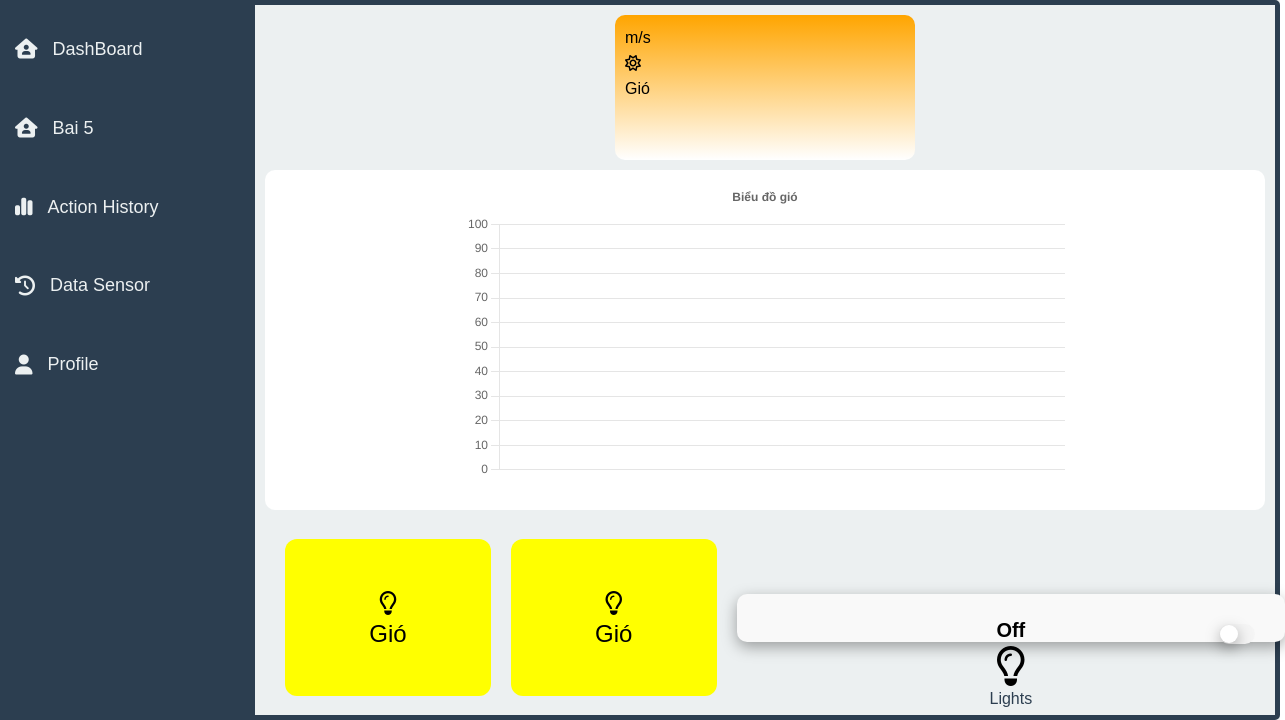
Repository: duongnoob23/duyyyy
Page: /bai5 (app in iot/)
These files come from the project's save history. The page is drawn as it stood at one moment and after the next save; the edit follows.
The browser window is 1280 px wide. The page is 1285 px wide, so the pictures cover 1285 px, including what lies to the right of the window. The pictures show the whole page.
The page's requests for data from a server got no answer. Some web libraries are served in a nearby version. The project was rebuilt for these pictures with package versions that can differ from the ones it lists, and the page was loaded fresh each time. No one was signed in, and anything a server would have sent is missing. Also part of the build but not shown: iot/src/App.css, iot/src/Components/Doughnut/GaugeChart.js, iot/src/Components/LineChart/LineChartECharts.js, iot/src/Pages/Home/Home.js, iot/src/Pages/DataLogs/DataLogs.js, iot/src/Pages/Profile/Profile.css, iot/src/Pages/Profile/Profile.js, iot/src/Pages/Action/Action.js and 1 more.

Above is the page before, as saved 2024-12-02 21:33:20.

### iot/public/index.html
<!DOCTYPE html>
<html lang="en">
  <head>
    <meta charset="utf-8" />
    <link rel="icon" href="%PUBLIC_URL%/favicon.ico" />
    <meta name="viewport" content="width=device-width, initial-scale=1" />
    <meta name="theme-color" content="#000000" />
    <meta
      name="description"
      content="Web site created using create-react-app"
    />
    <link rel="apple-touch-icon" href="%PUBLIC_URL%/logo192.png" />
    <!--
      manifest.json provides metadata used when your web app is installed on a
      user's mobile device or desktop. See https://developers.google.com/web/fundamentals/web-app-manifest/
    -->
    <link rel="manifest" href="%PUBLIC_URL%/manifest.json" />
    <!--
      Notice the use of %PUBLIC_URL% in the tags above.
      It will be replaced with the URL of the `public` folder during the build.
      Only files inside the `public` folder can be referenced from the HTML.

      Unlike "/favicon.ico" or "favicon.ico", "%PUBLIC_URL%/favicon.ico" will
      work correctly both with client-side routing and a non-root public URL.
      Learn how to configure a non-root public URL by running `npm run build`.
    -->
    <link rel="stylesheet" href="https://cdnjs.cloudflare.com/ajax/libs/font-awesome/6.6.0/css/all.min.css" integrity="sha512-Kc323vGBEqzTmouAECnVceyQqyqdsSiqLQISBL29aUW4U/M7pSPA/gEUZQqv1cwx4OnYxTxve5UMg5GT6L4JJg==" crossorigin="anonymous" referrerpolicy="no-referrer" />
    <title>React App</title>
    <script src="https://code.highcharts.com/highcharts.js"></script>
  </head>
  <body>
    <noscript>You need to enable JavaScript to run this app.</noscript>
    <div id="root"></div>
    <!--
      This HTML file is a template.
      If you open it directly in the browser, you will see an empty page.

      You can add webfonts, meta tags, or analytics to this file.
      The build step will place the bundled scripts into the <body> tag.

      To begin the development, run `npm start` or `yarn start`.
      To create a production bundle, use `npm run build` or `yarn build`.
    -->
  </body>
</html>

### iot/src/index.js
import React from 'react';
import { DatePicker } from 'antd';
import ReactDOM from 'react-dom/client';
import './index.css';
import App from './App';
import reportWebVitals from './reportWebVitals';
import { BrowserRouter } from 'react-router-dom';


const root = ReactDOM.createRoot(document.getElementById('root'));
root.render(
  // <React.StrictMode>
  <BrowserRouter>
    <App />
  </BrowserRouter>

  // </React.StrictMode>
);


reportWebVitals();

### iot/src/index.css
body {
  margin: 0;
  font-family: -apple-system, BlinkMacSystemFont, 'Segoe UI', 'Roboto', 'Oxygen',
    'Ubuntu', 'Cantarell', 'Fira Sans', 'Droid Sans', 'Helvetica Neue',
    sans-serif;
  -webkit-font-smoothing: antialiased;
  -moz-osx-font-smoothing: grayscale;
}

code {
  font-family: source-code-pro, Menlo, Monaco, Consolas, 'Courier New',
    monospace;
}

*{
  box-sizing: border-box;
  font-family: Arial, Helvetica, sans-serif;
}

html{
  font-size: 62.5%;
}

ul,li{
  list-style-type: none;
  margin: 0;
  padding:0;
}
a{
  text-decoration: none;
}

body{
  margin: 0;
  padding: 0;

}

### iot/src/Pages/Bai5/Bai5.js


import LineChart from '../../Components/LineChart/LineChart';
import './Bai5.css'
import { useState,useEffect } from "react";

import { URL } from '../../Components/Helper/URL';
import LineChartFix from '../../Components/LineChart/LineChartFix';

function Bai5(){


    // const light1 =document.querySelector("device__light");
    const [turnOn, setTurnOn] = useState(JSON.parse(localStorage.getItem('turnOn')) ? JSON.parse(localStorage.getItem('turnOn')) : false );

    // const [chartData, setChartData] = useState({ labels: [], datasets: [] });
    const [dataHome,setDataHome] = useState({
        windspeed:"",
    });
    // const handleDataUpdate = (newData) =>{
    //     setChartData(newData);
    // }
    useEffect(() => {
        localStorage.setItem('turnOn', JSON.stringify(turnOn));
    }, [turnOn]);

    const fetchPostApi = (numberTurnOn,device,turn) =>{
        const option = {
            stt: "",
            device: `${device}`,
            action: `${numberTurnOn === true ? "Off" : "On"}`,
            turn:`${turn}`,
            time: (() => {
                const now = new Date();
                const year = now.getFullYear();
                const month = String(now.getMonth() + 1).padStart(2, '0'); // Tháng từ 0-11
                const day = String(now.getDate()).padStart(2, '0');
                const hours = String(now.getHours()).padStart(2, '0');
                const minutes = String(now.getMinutes()).padStart(2, '0');
                const seconds = String(now.getSeconds()).padStart(2, '0');
                return `${year}-${month}-${day} ${hours}:${minutes}:${seconds}`;
            })(),
        };
         fetch(URL+`/putAction`,{
             method:"POST",
             headers:{
                 Accept:"application/json",
                 "Content-type":"application/json"
             },
             body:JSON.stringify(option),
         })
         .then( res => res.json())
         .then(data => {
             if(data){
                console.log(data);
             }
         })
    }



    const handleWind = () => {
        setTurnOn(turnOn => !turnOn);
        fetchPostApi(turnOn,"wind","data/wind");
    }

    const handleDataUpdate = (data) =>{
        setDataHome({
            ...dataHome,
            windspeed: data.windspeed,
         });
    }

    const handleTurnOnLight = () => {

    }
     return(
        //
        <>
        <div class="main">
            <div className="section">
                <div className="section-two">
                    <div className="bai5">
                        <div className="bai5-item bai5-one" style={{ backgroundImage:`linear-gradient(to bottom, orange ,white ` }}>
                            <div className="bai5-digit" >{dataHome.windspeed} m/s </div>
                            <i className="fa-regular fa-sun"></i>
                            <div className="light">Gió</div>
                        </div>
                    </div>
                    <div className="chart">
                        <div style={{
                            padding: '0px',
                            marginBottom: "20px"
                            }}>
                            <LineChartFix onDataUpdate={handleDataUpdate} />
                        </div>
                    </div>

                    <div className="control">
                        <ul className="control-list ">
                            <li className="control-item control-wind blink">
                                <div className="on-off">
                                </div>
                                <i className={turnOn ? "fa-regular fa-lightbulb control-light show" : "fa-regular fa-lightbulb control-light"}></i>
                                <div className="text">Gió</div>
                            </li>
                            <li className="control-item control-wind blink">
                                <div className="on-off">
                                </div>
                                <i className={turnOn ? "fa-regular fa-lightbulb control-light show" : "fa-regular fa-lightbulb control-light"}></i>
                                <div className="text">Gió</div>
                            </li>
                            <li className="electric-item">
                                <div className="electric-box">
                                <input checked={turnOn} type="checkbox" className="electric-input" id="electric-input1" />
                                <label htmlFor="electric-input1" className="electric-label" onClick={handleTurnOnLight}></label>
                                    </div>


                                <div className="on-off">{turnOn ? "On" : "Off"}</div>
                                <i className={turnOn ? "fa-regular fa-lightbulb electric-light show" : "fa-regular fa-lightbulb electric-light"}></i>
                                <div className="light">Lights</div>
                            </li>
                        </ul>
                    </div>
                </div>

            </div>
        </div>
        </>
    )
};
export default Bai5;

### iot/src/Components/Layout/Layout.css


/* Reset default padding and margins */
* {
    margin: 0;
    padding: 0;
    box-sizing: border-box;
}

/* DashBoard container */
.dashBoard {
    display: flex;
    height : 100vh;
    font-family: 'Roboto', sans-serif;
}

/* SideBar styling */
.sideBar {
    width: 250px;
    background-color: #2c3e50;
    padding: 20px 0;
    position: fixed;
    height: 100%;
    transition: all 0.3s ease;
}

.sideBar-list {
    list-style: none;
    padding-left: 0;
}

.sideBar-item {
    margin-bottom: 20px;
}

.sideBar-icon {
    display: flex;
    align-items: center;
    padding: 15px;
    color: #ecf0f1;
    text-decoration: none;
    transition: background 0.3s ease, color 0.3s ease;
}

.sideBar-icon i {
    margin-right: 15px;
    font-size: 20px;
}

/* Hover effect for sidebar items */
.sideBar-icon:hover {
    background-color: #34495e;
    color: #1abc9c;
    cursor: pointer;
    padding-left: 25px; /* Add a slide effect */
    transition: all 0.3s ease;
}

.sideBar-text {
    font-size: 18px;
}

/* Active link effect */
.sideBar-icon.active {
    background-color: #1abc9c;
    color: #fff;
    border-radius: 8px;
    transition: all 0.3s ease;
}

/* SideMain styling */
.sideMain {
    margin-left: 250px;
    background-color: #ecf0f1;
    flex-grow: 1;
}

/* Responsive Design */
@media screen and (max-width: 768px) {
    .sideBar {
        width: 200px;
    }

    .sideBar-icon {
        padding: 10px;
    }

    .sideMain {
        margin-left: 200px;
        padding: 20px;
    }
}

@media screen and (max-width: 576px) {
    .sideBar {
        width: 60px;
    }

    .sideBar-icon i {
        margin-right: 0;
        text-align: center;
        flex: 1;
    }

    .sideBar-text {
        display: none;
    }

    .sideMain {
        margin-left: 60px;
        padding: 10px;
    }
}

### iot/src/Pages/Home/Home.css
/* General Styling */
.main {
    display: flex;
    flex-direction: column;
    height : 100%; /* Chiếm toàn bộ chiều cao của màn hình */

    box-sizing: border-box; /* Đảm bảo padding không làm thay đổi kích thước */
}

.section {
  width: 100%;
  height : 100%;
}



.section-one{
    width: 100%;
    height : 100%;
    display: flex;
    flex-direction: row;

}

.left{
  width: 75%;
}

.right{
  width: 25%;
}

.sensor{
    height: 30%;
}


.sensor-list {
    height: 100%;
    display: flex;
    list-style-type: none;
    padding: 0;
    margin: 0;
    justify-content: space-between; /* Rải đều các phần tử trong container */
    width: 100%; /* Chiếm toàn bộ chiều rộng của màn hình */
}

.sensor-item {
    flex: 1; /* Các phần tử sẽ tự động chiếm đều không gian */
    /* padding: 5px; */
    background-color: #ffffff;
    border-radius: 12px;
    box-shadow: 0 4px 12px rgba(0, 0, 0, 0.1);
    display: flex;
    flex-direction: column;
    align-items: center;
    text-align: center;
    margin: 10px;
    min-width: 50px; /* Đảm bảo các phần tử không quá nhỏ */
}
  .sensor-item .sensor-digit {
    font-size: 1.2em;
    font-weight: bold;
    margin-bottom: 5px;
    color: #333;
  }

  .sensor-item:nth-child(2){
    /* margin:10px 20px; */
  }

  .sensor-bar {
    width: 100%;
    height: 100px;
    background-color: #e0e0e0;
    border-radius: 8px;
    position: relative;
    overflow: hidden;
    margin: 10px 0;
  }

  .sensor-fill {
    position: absolute;
    bottom: 0;
    width: 100%;
    border-radius: 8px;
  }

  .sensor-item.light .sensor-fill {
    background-color: #ffb74d; /* Soft orange for light */
  }

  .sensor-item.temperature .sensor-fill {
    background-color: #ef5350; /* Soft red for temperature */
  }

  .sensor-item.humidity .sensor-fill {
    background-color: #42a5f5; /* Soft blue for humidity */
  }

  .label {
    font-size: 0.9em;
    font-weight: 600;
    color: #777;
  }
  /* Chart Section */
  .chart {
    height: 70%;
    width: 100%;
    /* margin-top: 20px; */
    /* margin: 15px; */
    padding: 0;
  }
.styleChart{
  aspect-ratio: 7/3;
}
  /* Electric Section */
  .electric {
    width: 100%;
    margin-top: 5px;
  }

  .electric-list {
    list-style: none;
    padding: 0;
    margin: 0;
    display: flex;
    flex-direction: column;
    justify-content: space-around;
    gap: 15px;
  }

  .electric-item {
    /* flex: 1; */
    text-align: center;
    padding: 20px;
    background-color: #f9f9f9;
    border-radius: 10px;
    box-shadow: 0px 4px 10px rgba(0, 0, 0, 0.1);
    transition: transform 0.3s ease, box-shadow 0.3s ease;
    width: 300px;
  }




  .electric-box {
    position: relative;
    margin-bottom: 10px;
  }

  .electric-input {
    display: none;
  }

  .electric-label {
    display: block;
    width: 60px;
    height: 30px;
    background-color: #ddd;
    border-radius: 15px;
    position: relative;
    cursor: pointer;
    transition: background-color 0.3s;
  }



  .electric-input:checked + .electric-label {
    background-color: #4caf50;
  }

  .electric-input:checked + .electric-label:before {
    left: 31px;
  }

  .on-off {
    font-weight: bold;
    margin-top: 8px;
    font-size: 16px;
  }

  .electric-item i {
    font-size: 36px;
    color: #4caf50;
  }

  .electric-item .light-icon,
  .electric-item .temp-icon,
  .electric-item .air-icon {
    color: #aaa;
  }

/* css button  */

### iot/src/Components/Helper/URL.js
export const URL = "http://localhost:3001";

### iot/src/Pages/DataLogs/DataLogs.css
*{
    box-sizing: border-box;
}
.table {
    width: 90%;
    border-collapse: collapse;
    margin: 10px;
    border-radius:10px;
    overflow: hidden;
}

.data{
    border:5px solid #2c3e50;
    border-radius: 0 5px 5px 0;
    height: 100%;
}

.table__body{
    border-radius: 10px;
    border: 2px solid #2c3e50;
}

.table__head{
    border: 2px solid #2c3e50;
}
th, td {
    padding: 10px;
    text-align: center;
    border-bottom: 1px solid #ddd;
}
th {
    background-color: #2c3e50;
    color: white;
}

.table-row__body{
    transition: all 0.1s linear;

}
.table-row__body:nth-child(even){
    background-color: #eee;

}
.table-row__body:hover{
    background-color: #2c3e50;
    color: #F4C427;

}

.table-row__body:active{
    background-color: #2c3e50;
    color: #F4C427;
}
.data__title{
    margin-left: 10px;
    font-size: 20px;
    font-weight: bold;
}

.data__sort{
    margin-left: 10px;
    font-size: 15px;
    font-weight: bold;
    margin-bottom: 10px;

}

.data__in{
    border-radius: 10px;
    border: 2px solid #7A40F2;
    margin: 10px;
}

### iot/src/Pages/Action/Action.css
* {
    box-sizing: border-box;
    font-family: 'Arial', sans-serif; /* Change this to your preferred font */
    font-size: 16px; /* Default font size */
    line-height: 1.6; /* Controls line spacing */
}


.action {
    border: 5px solid #2c3e50;
    border-radius: 0 5px 5px 0;
    height: 100vh; /* Full viewport height */
    display: flex;
    flex-direction: column;
    justify-content: space-between; /* Distribute space evenly */
}

.action-title {
    margin-left: 10px;
    font-size: 24px;
    font-weight: bold;
    margin-bottom: 20px;
}

.option {
    display: flex;
    align-items: center;
    margin-bottom: 20px;
}

.search {
    margin-left: 20px;
    display: flex;
    align-items: center;
}

.search__input {
    padding: 8px 15px;
    border-radius: 8px;
    outline: none;
    border: 1px solid #2c3e50;
    margin-right: 5px;
    font-size: 16px;
}

.search__icon {
    cursor: pointer;
    font-size: 20px;
    color: #2c3e50;
}

.select, .select2 {
    margin-left: auto;
    padding: 0 10px;
}

.select__list {
    padding: 8px 12px;
    border-radius: 8px;
    border: 1px solid #2c3e50;
    outline: none;
    font-size: 16px;
}

/* Table container to control overflow */
.table__container {
    flex-grow: 1;
    overflow-y: auto;
    border-radius: 10px;
    margin: 0 20px;
    padding-bottom: 20px;
}

.table {
    width: 100%;
    border-collapse: collapse;
}

.table__head {
    background-color: #2c3e50;
    color: white;
    border-radius: 10px 10px 0 0;
}

.table-row__head th, .table-row__body td {
    padding: 10px;
    text-align: center;
}

.table-row__body:nth-child(even) {
    background-color: #f7f7f7;
}

.table-row__body:hover {
    background-color: #2c3e50;
    color: #F4C427;
}

/* Maintain height to ensure 10 rows fill the page */
.table-row__body {
    height: 40px; /* Adjust this based on design preferences */
    transition: background-color 0.3s;
}

.table__body {
    border-radius: 0 0 10px 10px;
}

.pagination {
    margin-right: 20px;
    padding: 10px 0;
    text-align: right;
}

.pagi__list {
    display: flex;
    justify-content: flex-end;
    align-items: center;
    font-size: 16px;
}

.pagi__item {
    margin: 0 5px;
    cursor: pointer;
    padding: 5px 10px;
    border: 1px solid #3498db;
    border-radius: 5px;
    transition: background-color 0.3s;
}

.pagi__next, .pagi__pre {
    color: #3498db;
}

.pagi__cur {
    font-weight: bold;
    color: #fff;
    background-color: #15181b;
    border-radius: 5px;
    padding: 5px 10px;
}

/* Ensure last row visibility */
.table__container::-webkit-scrollbar {
    width: 6px;
}

.table__container::-webkit-scrollbar-thumb {
    background-color: #121518;
    border-radius: 10px;
}

### iot/src/Pages/Bai5/Bai5.css
.main{
    width: 100%;
    padding:10px;
    height: 100%;
    border:5px solid #2c3e50;
    border-radius: 0 5px 5px 0;
}


.section{
}

.section .section-two{
    height: 100%;
    width: 100%;
    display: flex;
    flex-direction: column;
}



.electric{
    background-color: white;
    border-radius: 15px;
}

.electric-list{
    display: flex;
    justify-content: center;
    align-items: center;
    margin-left: -20px;
    height: 100%;
}

.electric-item{
    width: 80%;
    height: calc(100% / 3 - 10px);
    margin-left: 20px;
    border-radius: 10px;
    padding: 10px;
    box-shadow: rgba(0, 0, 0, 0.35) 0px 5px 15px;
    color:#2c3e50;
    display: flex;
    flex-direction: column;
    justify-content: space-between;
    font-size: 15px;
    transition: all 0.25s linear;
    position: relative;
}



.electric-item i{
    font-size: 40px;
}

.electric-item .on-off{
    font-size: 20px;
    color: black;
    margin-top: 0;
}

.electric-item:hover .on-off{
}

.electric-input{
    display: none;
}

.electric-input:checked + .electric-label{
    background-color: #2c3e50;
    box-shadow: white 0px 5px 15px;
}

.electric-input:checked + .electric-label:after{
    background-color: white;
    transform: translateX(17px);
}
.electric-input:checked .temperature{
    color: #2c3e50;
}


.electric-label{
    position: absolute;
    top:20px;
    right: 20px;
    width: 36px;
    height: 20px;
    border-radius: 20px;
    background-color: #F5F5F5;
    transition: all 0.25s linear;
    cursor: pointer;
}

.electric-label:after{
    cursor: pointer;
    content: "";
    position:  absolute;
    top:1px;
    left: 1px;
    width: 18px;
    height: 18px;
    border-radius: 50%;
    background-color: white;
    transition: all 0.25s linear;
    box-shadow: rgba(0, 0, 0, 0.35) 0px 5px 15px;
}

.electric-item .electric-light{
    display: inline-block;
    font-size: 40px;
    color: black;
    transition: all 0.4s linear;
    display: flex;
    justify-content: center;
    align-items: center;
}
.electric-item .electric-light.show{
    color: yellow;
    filter: drop-shadow(0 0 10px rgba(255, 255, 0, 0.8)) drop-shadow(0 0 20px rgba(255, 255, 0, 0.642));
}

.electric-item .electric-air{
    display: flex;
    justify-content: center;
    align-items: center;
    color:black;
}

.electric-item .electric-air.show{
    content: "";
    animation:spin 2s linear infinite;
    color:#3acbe9;
    transition: all 0.4s linear;
}

.electric-item .electric-temperature{
    display: flex;
    justify-content: center;
    align-items: center;
    color:black;
}

.electric-item .electric-temperature.show{
    background-image: linear-gradient(to top,red,yellow);
    color:transparent;
    background-clip: text;
    transition: all 0.4s linear;
}

@keyframes spin {
    to{
        transform: rotate(720deg);
    }
  }

.meter{
    background-color: white;
    padding:10px;
    border-radius: 15px;
    margin-bottom: 5px;
}

.meter-list{
    display: flex;
    justify-content: center;
    align-items: center;
    margin-left: -20px;
}

.meter-item{
    width: calc(100% / 3 - 20px);
    height: 120px;
    margin-left: 20px;
    border-radius: 10px;
    padding: 10px;
    box-shadow: rgba(0, 0, 0, 0.35) 0px 5px 15px;
    color:black;
    display: flex;
    flex-direction: column;
    justify-content: space-between;
    font-size: 18px;
    transition: all 0.25s linear;
    position: relative;
}
.meter-item:first-child{
    background-color: #f4c427;
    }



.meter-item:last-child{
    background-color: #3acbe9;
}

.meter-item:nth-child(2){
    background-color: #FF9060;
}

.meter-digit
{
    text-align: start;
    font-size: 24px;
    font-weight: white;
}

.chart{
    width: 100%;
    height: 50%;
    border-radius: 10px;
    background-color: white;
    padding:10px;
    margin-bottom: 20px;
    ;
}



.blink {
    background-color: yellow;
    /* animation: blink 1s infinite; */
    color:black;
  }

  @keyframes blink {
    0%, 100% {
      background-color: yellow;
      color:white;
    }
    50% {
      background-color: transparent;
    }
  }


.bai5{
    margin: 0 auto;
    width: 300px;
    height: 25%;
    margin-bottom: 10px;
    border-radius: 10px;
    overflow: hidden;
}

.bai5 .bai5-item{
    padding: 10px;
    height: 100%;
}
.control{
    width: 100%;
    height: 30%;
}

.control-list{
    height: 100%;
    display: flex;
    justify-content: center;
    align-items: center;
    margin-right: -20px;
}

.control-item{
    margin-left: 20px;
    width: 300px;
    height: 90%;
    padding: 10px;
    border-radius: 12px;
    font-size: 32px;
    display: flex;
    justify-content: center;
    align-items: center;
    flex-direction: column;
}

.control-item .text{
    font-size: 24px;
}

.control-item i{
    font-size: 24px;
}

Loaded but not shown: iot/src/reportWebVitals.js (common file); iot/src/Components/LineChart/LineChartFix.js (105 lines, source omitted); iot/src/Components/Layout/Layout.js (61 lines, source omitted); iot/src/App.js (27 lines, source omitted)

After the next save:
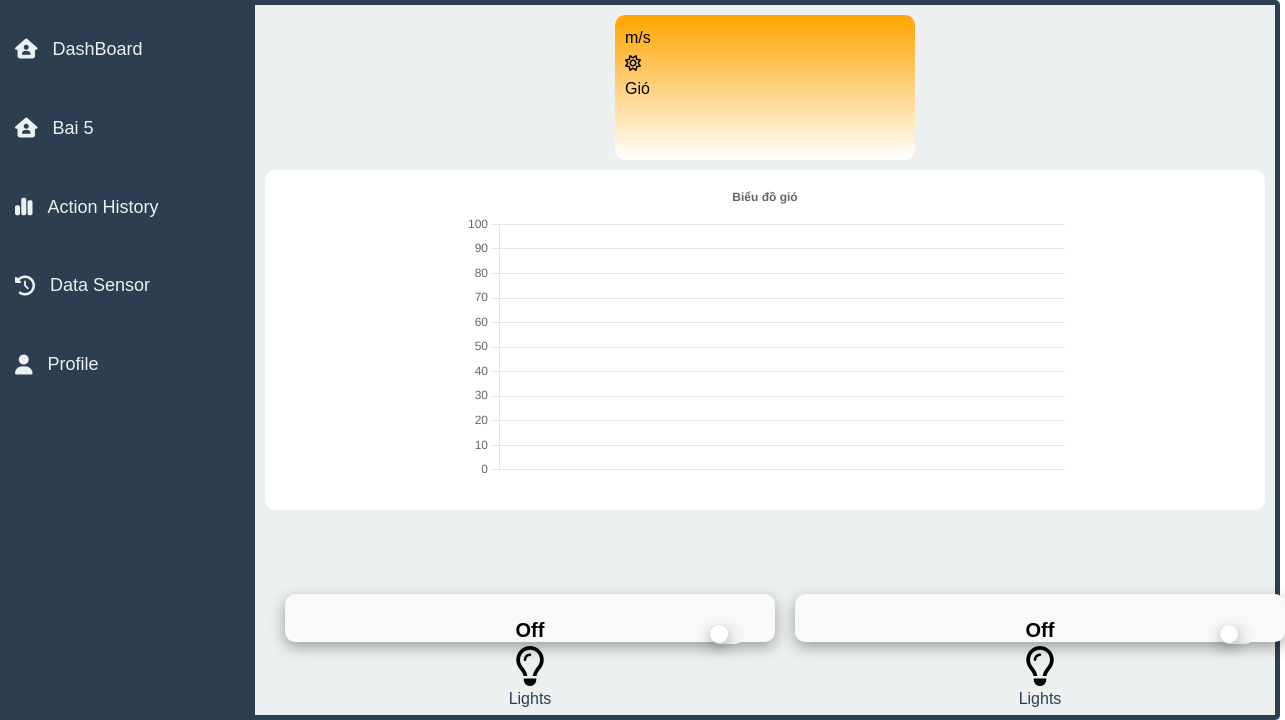
Saved 102 s later.
--- a/iot/src/Pages/Bai5/Bai5.js
+++ b/iot/src/Pages/Bai5/Bai5.js
@@ -98,17 +98,16 @@ function Bai5(){
 
                     <div className="control">
                         <ul className="control-list ">
-                            <li className="control-item control-wind blink">
-                                <div className="on-off">
-                                </div>
-                                <i className={turnOn ? "fa-regular fa-lightbulb control-light show" : "fa-regular fa-lightbulb control-light"}></i>
-                                <div className="text">Gió</div>
-                            </li>
-                            <li className="control-item control-wind blink">
-                                <div className="on-off">
-                                </div>
-                                <i className={turnOn ? "fa-regular fa-lightbulb control-light show" : "fa-regular fa-lightbulb control-light"}></i>
-                                <div className="text">Gió</div>
+                            <li className="electric-item">
+                                <div className="electric-box">
+                                <input checked={turnOn} type="checkbox" className="electric-input" id="electric-input1" />
+                                <label htmlFor="electric-input1" className="electric-label" onClick={handleTurnOnLight}></label>
+                                    </div>
+
+
+                                <div className="on-off">{turnOn ? "On" : "Off"}</div>
+                                <i className={turnOn ? "fa-regular fa-lightbulb electric-light show" : "fa-regular fa-lightbulb electric-light"}></i>
+                                <div className="light">Lights</div>
                             </li>
                             <li className="electric-item">
                                 <div className="electric-box">
